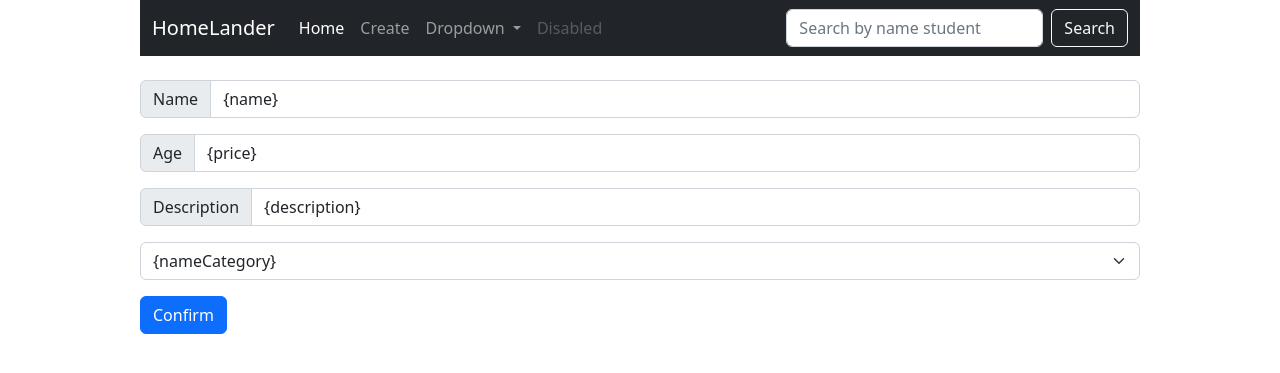
Repository: nguyenhung50497/MD3_thiThucHanh
Page: src/views/edit.html
These files come from the project's save history. The page is drawn as it stood at one moment and after the next save; the edit follows.
The browser window is 1280 px wide. The pictures show the whole page.

Above is the page before, as saved 2022-12-29 16:15:11.

After the next save:
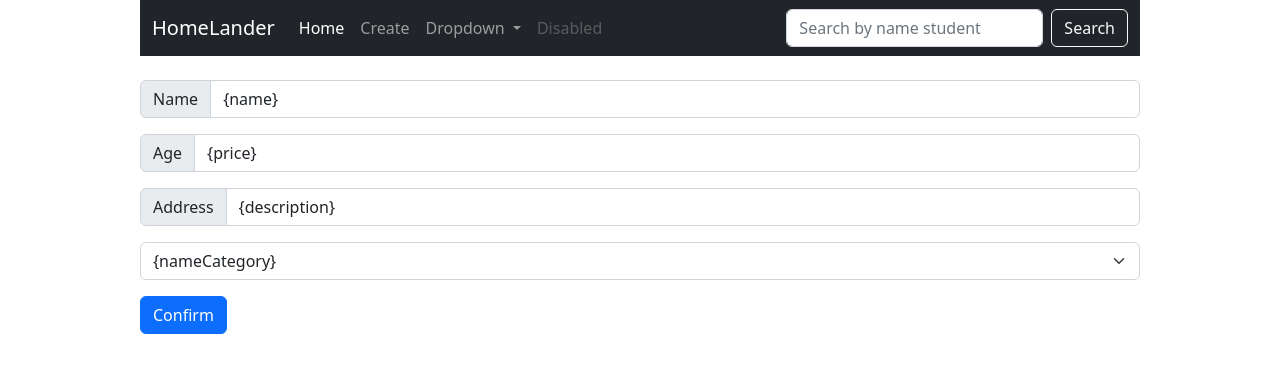
Saved 4 s later.
--- a/src/views/edit.html
+++ b/src/views/edit.html
@@ -55,7 +55,7 @@
           <input type="text" name="price" value="{price}" class="form-control" aria-label="Sizing example input" aria-describedby="inputGroup-sizing-default">
         </div>
         <div class="input-group mb-3">
-          <span class="input-group-text" id="inputGroup-sizing-default">Description</span>
+          <span class="input-group-text" id="inputGroup-sizing-default">Address</span>
           <input type="text" name="description" value="{description}" class="form-control" aria-label="Sizing example input" aria-describedby="inputGroup-sizing-default">
         </div>
         <div class="input-group mb-3">
